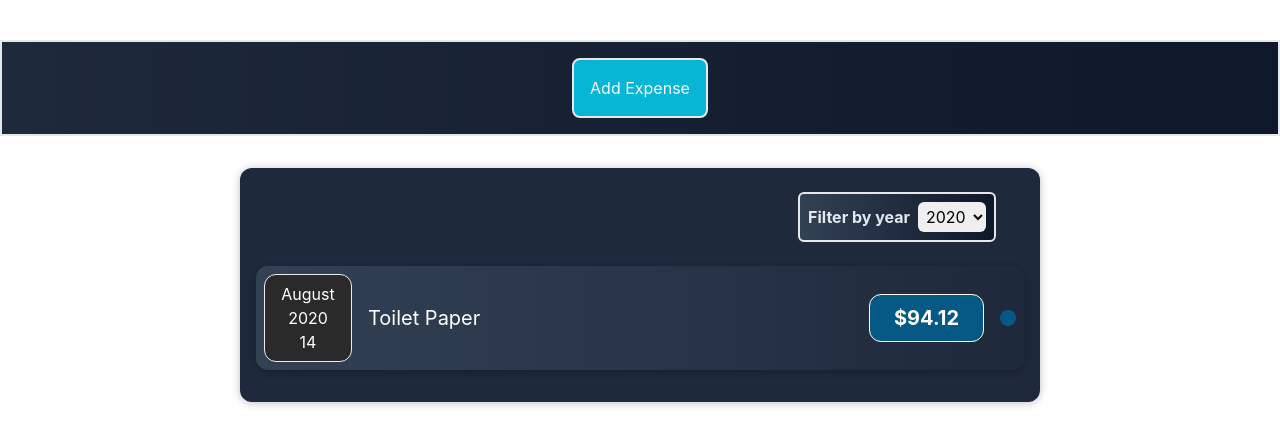
Repository: Sef24/expense-tracker
Page: /
These files come from the project's save history. The page is drawn as it stood at one moment and after a run of saves; the edit follows.
The browser window is 1280 px wide. The pictures show the whole page.
The project was rebuilt for these pictures with package versions that can differ from the ones it lists, and the page was loaded fresh each time. Also part of the build but not shown: src/components/NewExpense/NewExpense.css, src/components/NewExpense/ExpenseForm.css, src/components/NewExpense/ExpenseForm.js.

Above is the page before, as saved 2022-05-03 16:48:35.

### public/index.html
<!DOCTYPE html>
<html lang="en">
  <head>
    <meta charset="utf-8" />
    <link rel="icon" href="%PUBLIC_URL%/favicon.ico" />
    <meta name="viewport" content="width=device-width, initial-scale=1" />

    <meta
      name="description"
      content="Web site created using create-react-app"
    />
    <link rel="apple-touch-icon" href="%PUBLIC_URL%/logo192.png" />
    <!--
      manifest.json provides metadata used when your web app is installed on a
      user's mobile device or desktop. See https://developers.google.com/web/fundamentals/web-app-manifest/
    -->
    <link rel="manifest" href="%PUBLIC_URL%/manifest.json" />
    <!--
      Notice the use of %PUBLIC_URL% in the tags above.
      It will be replaced with the URL of the `public` folder during the build.
      Only files inside the `public` folder can be referenced from the HTML.

      Unlike "/favicon.ico" or "favicon.ico", "%PUBLIC_URL%/favicon.ico" will
      work correctly both with client-side routing and a non-root public URL.
      Learn how to configure a non-root public URL by running `npm run build`.
    -->
    <title>React App</title>
  </head>
  <body>
    <noscript>You need to enable JavaScript to run this app.</noscript>
    <div id="root"></div>
    <!--
      This HTML file is a template.
      If you open it directly in the browser, you will see an empty page.

      You can add webfonts, meta tags, or analytics to this file.
      The build step will place the bundled scripts into the <body> tag.

      To begin the development, run `npm start` or `yarn start`.
      To create a production bundle, use `npm run build` or `yarn build`.
    -->
  </body>
</html>

### src/App.js
import Expenses from "./components/Expenses";
import NewExpense from "./components/NewExpense/NewExpense";
import { useState } from "react";

const DUMMY_DATA = [
  {
    id: "e1",
    title: "Toilet Paper",
    amount: 94.12,
    date: new Date(2020, 7, 14),
  },
  { id: "e2", title: "New TV", amount: 799.49, date: new Date(2021, 2, 12) },
  {
    id: "e3",
    title: "Car Insurance",
    amount: 294.67,
    date: new Date(2021, 2, 28),
  },
  {
    id: "e4",
    title: "New Desk (Wooden)",
    amount: 450,
    date: new Date(2021, 5, 12),
  },
];

function App() {
  const [expenses, setExpenses] = useState(DUMMY_DATA);

  const addExpenseHandler = (expense) => {
    setExpenses((prevExpenses) => {
      return [expense, ...prevExpenses];
    });
  };
  return (
    <div>
      <div>
        <NewExpense onAddExpense={addExpenseHandler} />
        <Expenses items={expenses} />
      </div>
    </div>
  );
}

export default App;

### src/components/Expenses.js
import React, { useState } from "react";
import ExpenseItem from "./ExpenseItem";
import "./Expenses.css";
import ExpensesList from "./ExpensesList";
import ExpensesFilter from "./NewExpense/ExpensesFilter";

function Expenses(props) {
  const [filteredYear, setFilteredYear] = useState("2020");

  const filterChangeHandler = (selectedYear) => {
    setFilteredYear(selectedYear);
  };

  const filteredExpenses = props.items.filter((expense) => {
    return expense.date.getFullYear().toString() === filteredYear;
  });

  return (
    <div>
      <div className="expenses  bg-slate-800 ... ">
        <ExpensesFilter
          selected={filteredYear}
          onChangeFilter={filterChangeHandler}
        />
        <ExpensesList items={filteredExpenses} />
      </div>
    </div>
  );
}

export default Expenses;

### src/components/NewExpense/NewExpense.js
import React from "react";
import "./NewExpense.css";
import ExpenseForm from "./ExpenseForm";
import { useState } from "react";

function NewExpense(props) {
  const [isEditing, setIsEditing] = useState(false);

  const saveExpenseDataHandler = (enteredExpenseData) => {
    const expenseData = {
      ...enteredExpenseData,
      id: Math.random().toString(),
    };

    props.onAddExpense(expenseData);
    setIsEditing(false);
  };

  const startEditingHandler = () => {
    setIsEditing(true);
  };

  const stopEditingHandler = () => {
    setIsEditing(false);
  };

  return (
    <div
      className="flex w-full p-4 mt-10 items-center justify-center border-2
      bg-gradient-to-r from-slate-800 to-slate-900 ... px-10"
    >
      {!isEditing && (
        <button
          onClick={startEditingHandler}
          className="flex items-center justify-center border-2 p-4 rounded-lg text-slate-50
          cursor-pointer transition duration-100 transform hover:scale-125 hover:text-white
          bg-cyan-500 text-extra-bold"
        >
          Add Expense
        </button>
      )}
      {isEditing && (
        <ExpenseForm
          onSaveExpenseData={saveExpenseDataHandler}
          onCancel={stopEditingHandler}
        />
      )}
    </div>
  );
}

export default NewExpense;

### src/components/ExpenseItem.js
import React, { useState } from "react";
import "./ExpenseItem.css";
import ExpenseDate from "./ExpenseDate";

function ExpenseItem(props) {
  const [title, setTitle] = useState(props.title);

  const clickHandler = () => {
    setTitle("Updated");
    console.log(title);
  };

  return (
    <li>
      <div className="expense-item bg-gradient-to-r  from-slate-700  to-slate-800 ... border-x-cyan-100 ">
        <ExpenseDate date={props.date} />

        <div className="expense-item__description">
          <h2>{props.title}</h2>

          <div className="expense-item__price bg-sky-800">${props.amount}</div>
        </div>
        <button
          className="p-2 ml-4 border-transparent rounded-full border-0
        bg-sky-800 font-bold text-slate-50"
          onClick={clickHandler}
        ></button>
      </div>
    </li>
  );
}

export default ExpenseItem;

### src/components/Expenses.css
.expenses {
  padding: 1rem;

  margin: 2rem auto;
  width: 50rem;
  max-width: 95%;
  border-radius: 12px;
  box-shadow: 0 1px 8px rgba(0, 0, 0, 0.25);
}

### src/components/ExpensesList.js
import React from "react";

import ExpenseItem from "./ExpenseItem";

const ExpensesList = (props) => {
  if (props.items.length === 0) {
    return (
      <h2 className="text-white font-extrabold text-xl flex items-center justify-center">
        Found no expenses...
      </h2>
    );
  }

  return (
    <ul>
      {props.items.map((expense) => (
        <ExpenseItem
          key={expense.id}
          id={expense.id}
          title={expense.title}
          amount={expense.amount}
          date={expense.date}
        />
      ))}
    </ul>
  );
};

export default ExpensesList;

### src/components/NewExpense/ExpensesFilter.js
import React from "react";

const ExpensesFilter = (props) => {
  const dropdownChangeHandler = (event) => {
    props.onChangeFilter(event.target.value);
  };
  return (
    <div className="">
      <div className="flex justify-end p-2 mr-5 ">
        <div
          className="border-2  rounded-md border-inherit p-2 ml-6
        bg-gradient-to-r from-slate-700 to-slate-900 ..."
        >
          <label className="text-slate-200 font-bold mr-2">
            Filter by year
          </label>
          <select
            value={props.selected}
            onChange={dropdownChangeHandler}
            className="rounded-md p-1"
          >
            <option value="2022">2022</option>
            <option value="2021">2021</option>
            <option value="2020">2020</option>
            <option value="2019">2019</option>
          </select>
        </div>
      </div>
    </div>
  );
};

export default ExpensesFilter;

### src/components/ExpenseItem.css
.expense-item {
  display: flex;
  justify-content: space-between;
  align-items: center;
  box-shadow: 0 2px 8px rgba(0, 0, 0, 0.25);
  padding: 0.5rem;
  margin: 1rem 0;
  border-radius: 12px;
}

.expense-item__description {
  display: flex;
  flex-direction: column;
  gap: 1rem;
  align-items: flex-end;
  flex-flow: column-reverse;
  justify-content: flex-start;
  flex: 1;
}

.expense-item h2 {
  color: #3a3a3a;
  font-size: 1rem;
  flex: 1;
  margin: 0 1rem;
  color: white;
}

.expense-item__price {
  font-size: 1rem;
  font-weight: bold;
  color: white;

  border: 1px solid white;
  padding: 0.5rem;
  border-radius: 12px;
}

@media (min-width: 580px) {
  .expense-item__description {
    flex-direction: row;
    align-items: center;
    justify-content: flex-start;
    flex: 1;
  }

  .expense-item__description h2 {
    font-size: 1.25rem;
  }

  .expense-item__price {
    font-size: 1.25rem;
    padding: 0.5rem 1.5rem;
  }
}

### src/components/ExpenseDate.js
import React from "react";
import "./ExpenseDate.css";

function ExpenseDate(props) {
  const month = props.date.toLocaleString("en-US", { month: "long" });
  const day = props.date.getDate();
  const year = props.date.getFullYear();

  return (
    <div className="expense-date">
      <div className="expense__month">{month}</div>
      <div className="expense__year">{year}</div>
      <div className="expense__day">{day}</div>
    </div>
  );
}

export default ExpenseDate;

Loaded but not shown: src/index.js (common file); src/index.css (common file); src/components/ExpenseDate.css (common file); tailwind.config.js (common file)

After the next 3 saves:
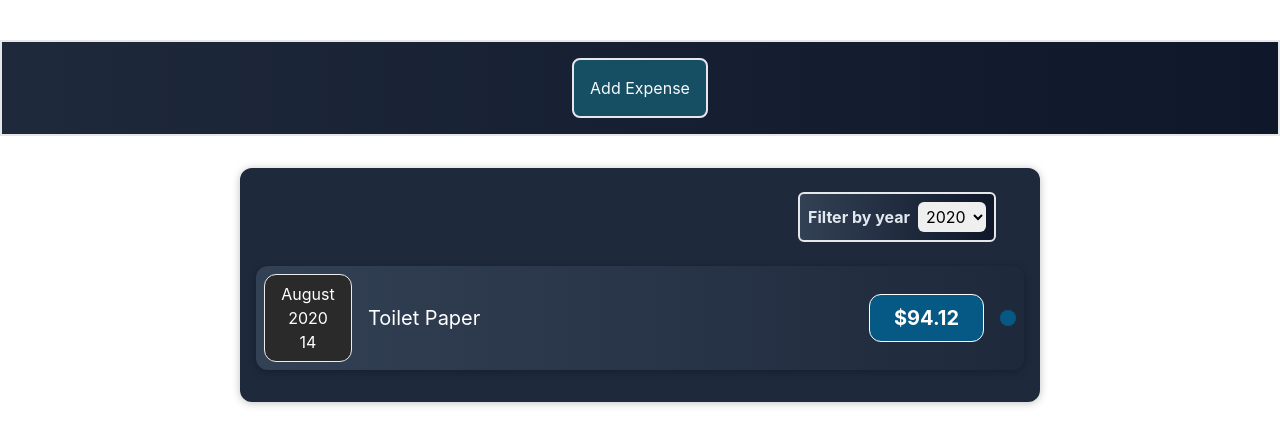
The 3 saves are shown as one change because they came seconds apart.
The last was saved 9 s later.
--- a/src/components/NewExpense/NewExpense.js
+++ b/src/components/NewExpense/NewExpense.js
@@ -34,7 +34,7 @@
           onClick={startEditingHandler}
           className="flex items-center justify-center border-2 p-4 rounded-lg text-slate-50
           cursor-pointer transition duration-100 transform hover:scale-125 hover:text-white
-          bg-cyan-500 text-extra-bold"
+          bg-cyan-900 text-extra-bold"
         >
           Add Expense
         </button>

After the 2 saves that followed:
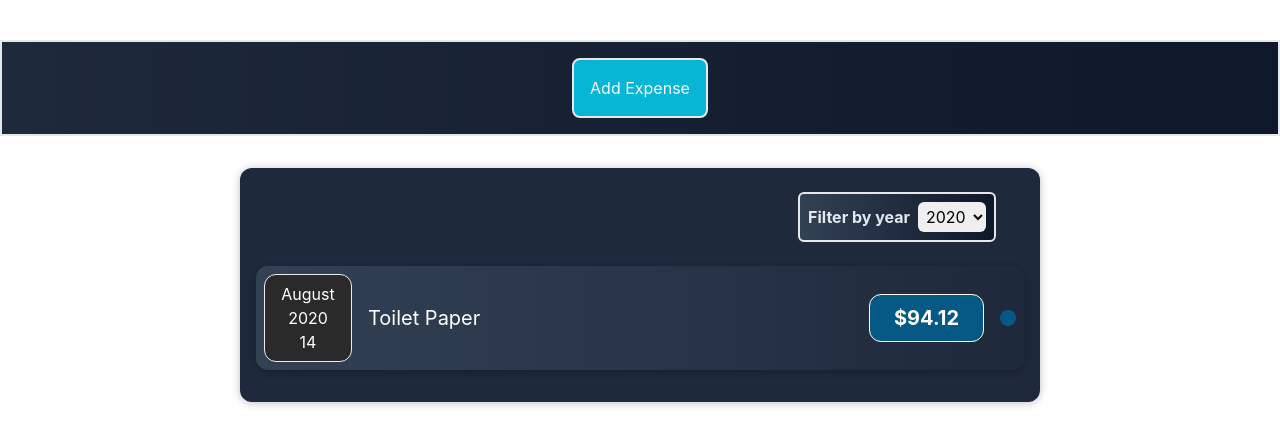
The 2 saves are shown as one change because they came seconds apart.
The last was saved 7 s later.
--- a/src/components/NewExpense/NewExpense.js
+++ b/src/components/NewExpense/NewExpense.js
@@ -34,7 +34,7 @@
           onClick={startEditingHandler}
           className="flex items-center justify-center border-2 p-4 rounded-lg text-slate-50
           cursor-pointer transition duration-100 transform hover:scale-125 hover:text-white
-          bg-cyan-900 text-extra-bold"
+          bg-cyan-500 text-extra-bold"
         >
           Add Expense
         </button>
